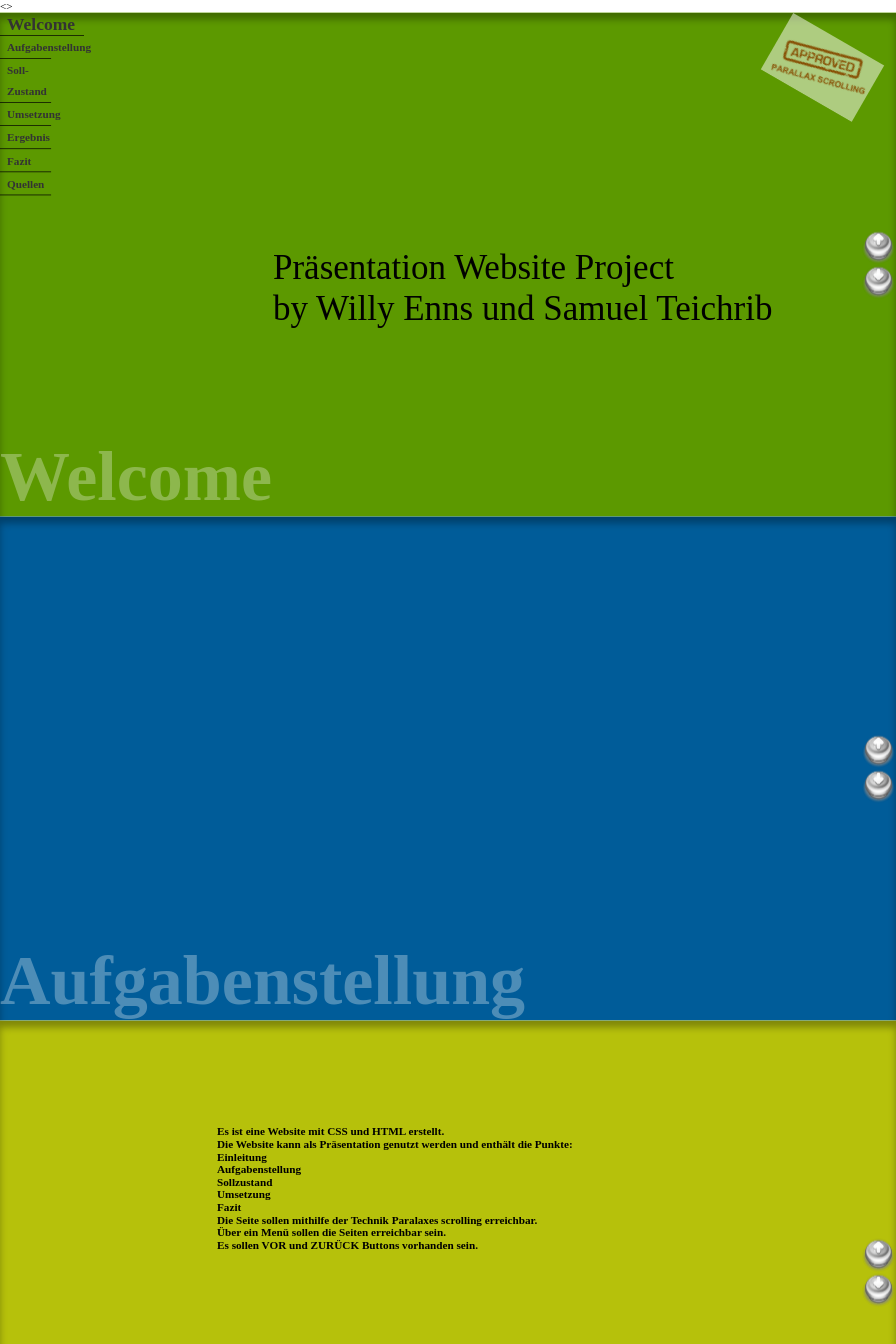
Repository: ennswi/websiteproject
Page: index.html
The author's editor kept a record of every edit. The page is drawn from the files as they stood at one moment, then again after the next edit.
The browser window is 1280 px wide. The pictures show the part of the page from y = 0 to 1920 px (the page is 5058 px tall), at 70% of full size.

Above is the page before.

After the next edit:
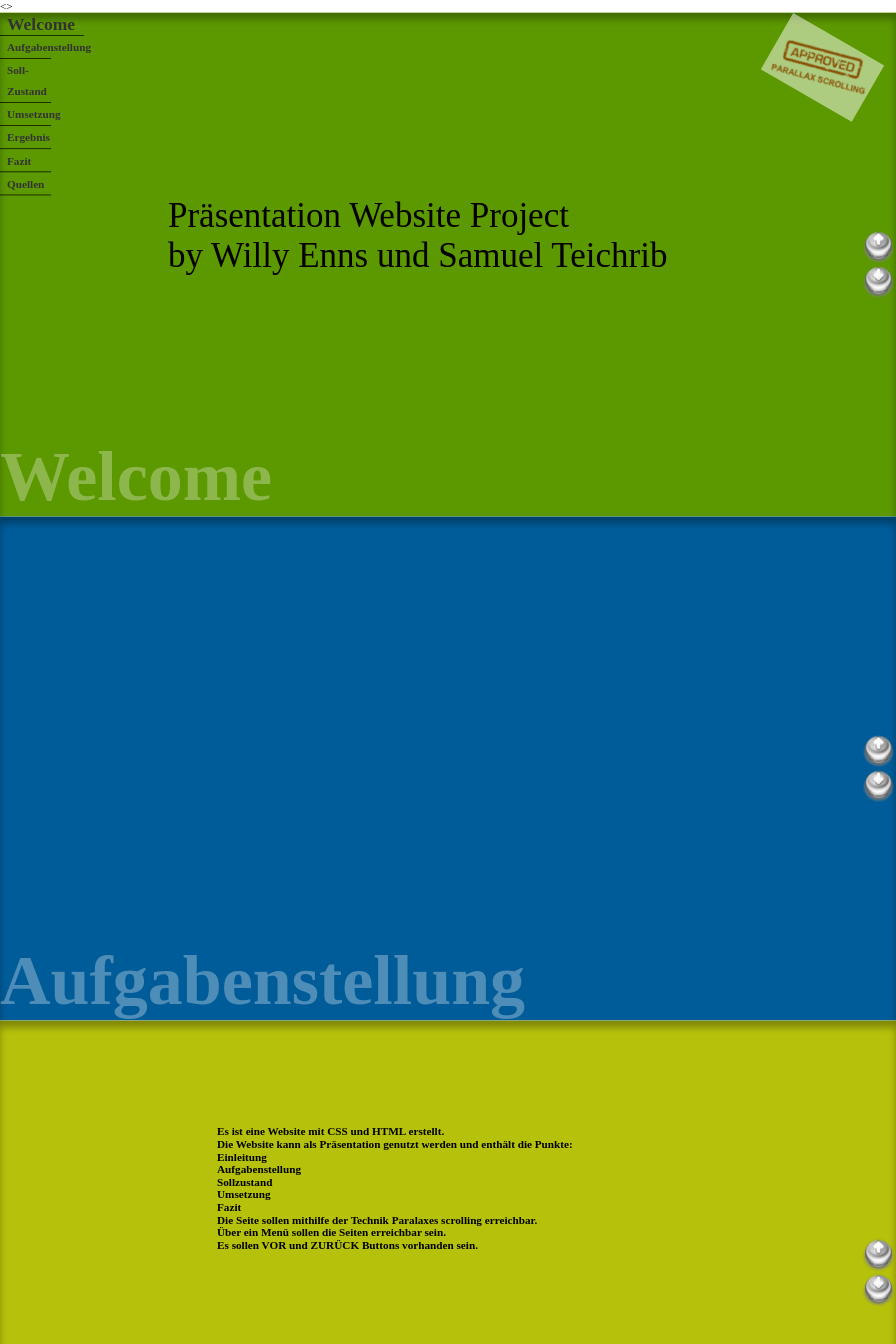
The edit:
--- a/css/style.css
+++ b/css/style.css
@@ -157,8 +157,8 @@
     position: absolute;
     left: 50%;
     top: 50%;
-    margin-left: -250px;
-    margin-top: -25px;
+    margin-left: -400px;
+    margin-top: -100px;
     height: 100px;
     width: 800px;
 }
